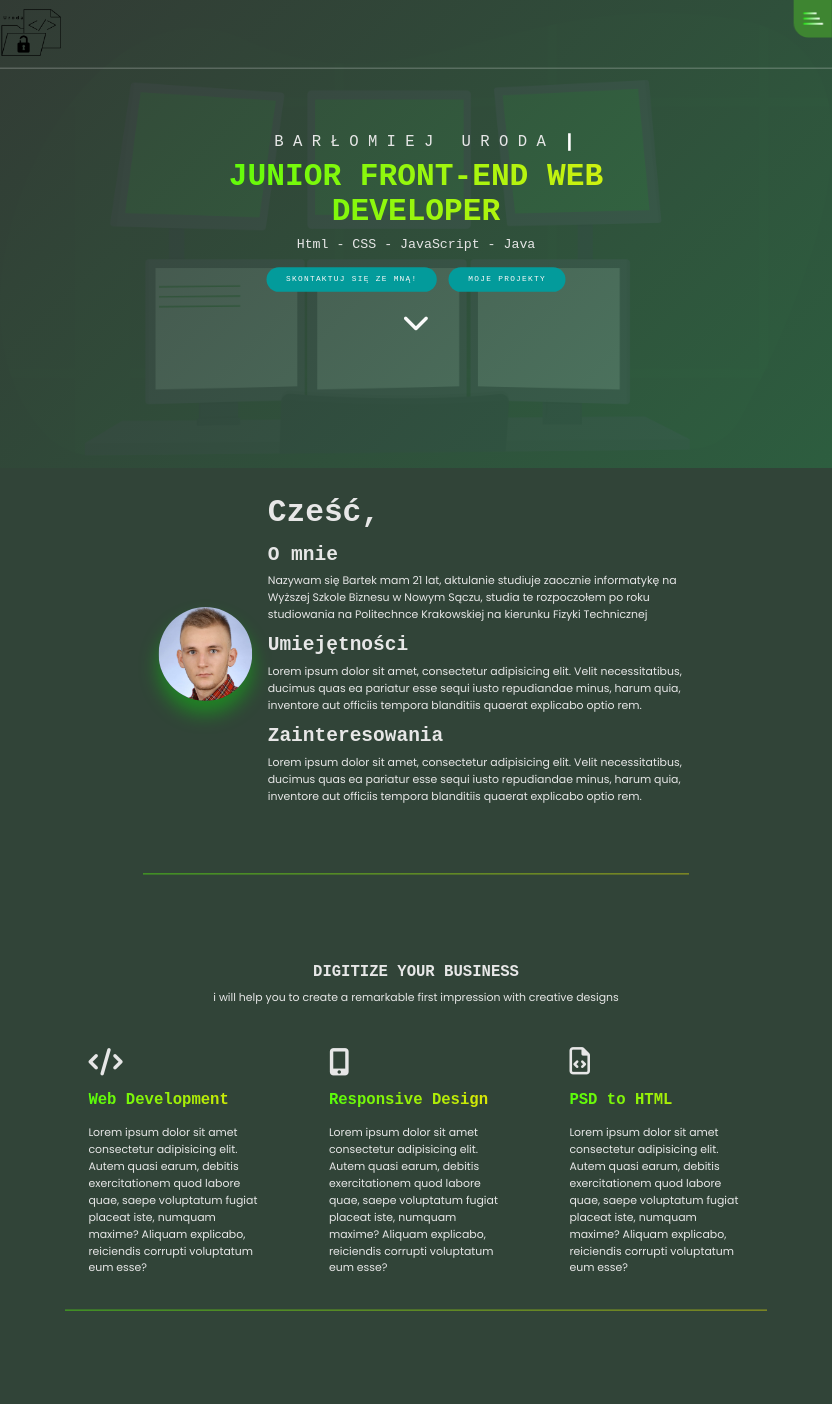
Repository: BartekUroda/portfolio
Page: index.html
The author's editor kept a copy of each file at every save. The page is drawn from the files as they stood at one save, then again after the next save.
The browser window is 1280 px wide. The pictures show the whole page, at 65% of full size.
Some web fonts or font styles are not loaded; a fallback is used. Some web libraries are served in a nearby version.

Above is the page before, as saved 2020-10-27 20:48:53.

### index.html
<!DOCTYPE html>
<html lang="en">
<head>
    <meta charset="UTF-8">
    <meta name="viewport" content="width=device-width, initial-scale=1.0">
    <title>Portfolio | Bartek Uroda</title>
    <link rel="stylesheet" type="text/css" href="css/style.css">
    <link href="https://fonts.googleapis.com/css2?family=Poppins&sfamily=Share+Tech+Mono&display=swap" rel="stylesheet">
    <script src="https://kit.fontawesome.com/056e5c10dc.js" crossorigin="anonymous"></script>
    <link rel="shortcut icon" type="image/x-icon" href="images/favicon.ico" />
</head>
<body>
    <header>
        <div class="container">
            <nav>
                <div class="nav-brand">
                    <a href="index.html">
                        <img src="images/logo.png" alt="Uroda">
                    </a>
                </div>
                <div class="burger-menu-icon">
                    <div class="line1"></div>
                    <div class="line2"></div>
                    <div class="line3"></div>
                </div>
                <ul class="nav-list">
                    <li class="nav-item">
                      <a href="#landing-page">
                        <img
                          src="images/profile.jpeg"
                          alt="Bartek Uroda"
                          class="profile-pic nav-link"
                        >
                        <span class="caption nav-link">Bartek Uroda</span>
                      </a>
                    </li>
                    <li class="nav-item">
                      <a href="#about" class="nav-link">O mnie</a>
                    </li>
                    <li class="nav-item">
                      <a href="#services" class="nav-link">Usługi</a>
                    </li>
                    <li class="nav-item">
                      <a href="#projects" class="nav-link">Projekty</a>
                    </li>
                    <li class="nav-item">
                      <a href="#contact" class="nav-link">Kontakt</a>
                    </li>
                    <li class="nav-item">
                      <a href="https://www.facebook.com/bartlomiej.uroda.3" target="_blank" class="nav-link">
                        <i class="fab fa-facebook"></i>
                      </a>
                      <a href="https://github.com/Urodii" target="_blank" class="nav-link">
                        <i class="fab fa-github"></i>
                      </a>
                      <a href="https://www.youtube.com/channel/UCzT1h5RNvmbtrmKT5hPjyAg?view_as=subscriber" target="_blank" class="nav-link">
                        <i class="fab fa-youtube"></i>
                      </a>
                    </li>
                  </ul>
            </nav>
        </div>
    </header>
    <main>
      <section id="landing-page" class="landing-page">
        <div class="container">
          <div class="main-message">
            <h2>Barłomiej Uroda</h2>
            <h3>Junior Front-End Web Developer</h3>
            <p>Html - CSS - JavaScript - Java</p>
            <div class="intro-btn">
              <div class="cta">
                <a href="#contact" class="btn">Skontaktuj się ze mną!</a>
              </div>
              <div class="cta">
                <a href="#projects" class="btn">Moje Projekty</a>
              </div>
            </div>
            <div>
              <a href="#about" class="scroll-down">
                <i class="fa fa-chevron-down" aria-hidden="true"></i>
              </a>
            </div>
          </div>
        </div>
      </section>
      <section id="about" class="about">
        <div class="container">
          <div class="about-img">
            <img
              src="images/profile.jpeg"
              alt="Bartek Uroda"
              class="about-pic"
            />
          </div>
          <div class="about-text-box">
            <h2>Cześć,</h2>
            <h3>O mnie</h3>
            <p>
              Nazywam się Bartek mam 21 lat, aktulanie studiuje zaocznie informatykę
              na Wyższej Szkole Biznesu w Nowym Sączu, studia te rozpoczołem po roku studiowania
              na Politechnce Krakowskiej na kierunku Fizyki Technicznej
            </p>
            <h3>Umiejętności</h3>
            <p>
              Lorem ipsum dolor sit amet, consectetur adipisicing elit. Velit
              necessitatibus, ducimus quas ea pariatur esse sequi iusto
              repudiandae minus, harum quia, inventore aut officiis tempora
              blanditiis quaerat explicabo optio rem.
            </p>
            <h3>Zainteresowania</h3>
            <p>
              Lorem ipsum dolor sit amet, consectetur adipisicing elit. Velit
              necessitatibus, ducimus quas ea pariatur esse sequi iusto
              repudiandae minus, harum quia, inventore aut officiis tempora
              blanditiis quaerat explicabo optio rem.
            </p>
          </div>
        </div>
        <hr/>
      </section>
      <section id="services" class="services">
        <div class="container">
          <div class="title-heading">
            <h2>DIGITIZE YOUR BUSINESS</h2>
            <p>
              i will help you to create a remarkable first impression with
              creative designs
            </p>
          </div>
          <div class="service-tiers">
            <div class="tier-item">
              <i class="fa fa-code" aria-hidden="true"></i>
              <h2>Web Development</h2>
              <p>
                Lorem ipsum dolor sit amet consectetur adipisicing elit. Autem
                quasi earum, debitis exercitationem quod labore quae, saepe
                voluptatum fugiat placeat iste, numquam maxime? Aliquam
                explicabo, reiciendis corrupti voluptatum eum esse?
              </p>
            </div>
            <div class="tier-item">
              <i class="fa fa-mobile" aria-hidden="true"></i>
              <h2>Responsive Design</h2>
              <p>
                Lorem ipsum dolor sit amet consectetur adipisicing elit. Autem
                quasi earum, debitis exercitationem quod labore quae, saepe
                voluptatum fugiat placeat iste, numquam maxime? Aliquam
                explicabo, reiciendis corrupti voluptatum eum esse?
              </p>
            </div>
            <div class="tier-item">
              <i class="fa fa-file-code-o" aria-hidden="true"></i>
              <h2>PSD to HTML</h2>
              <p>
                Lorem ipsum dolor sit amet consectetur adipisicing elit. Autem
                quasi earum, debitis exercitationem quod labore quae, saepe
                voluptatum fugiat placeat iste, numquam maxime? Aliquam
                explicabo, reiciendis corrupti voluptatum eum esse?
              </p>
            </div>
          </div>
        </div>
        <hr />
      </section>
    </main>
 <script type="text/javascript" src="js/main.js"></script>
</body>
</html>

### css/style.css
/* ----------GLOBAL STYLES---------- */
*,
*::before,
*::after {
  margin: 0;
  padding: 0;
  box-sizing: inherit;
}
html {
    font-family: "Share Tech Mono", monospace;
    font-size: 12px;
    box-sizing: border-box;
    scroll-behavior: smooth;
    color: #e7e7e7;
    background: rgb(49, 68, 56);
}

a {
    text-decoration: none;
    color: rgb(3, 155, 23);
}

a:hover {
    color: rgba(249, 105, 14, 1);
}

ul {
    list-style: none;
}

p {
    font-size: 1.4rem;
}

img {
    width: 100%;
    max-width: 100%;
    height: auto;
}
/* ----------HEADER---------- */
header {
    width: 100%;
    height: 5rem;
    position: absolute;
    top: 0;
    left: 0;
    z-index: 1;
}
.contenier {
    width: 100%;
    max-width: 90rem;
    margin: 0 auto;
    padding: 0 1.5rem;
}
.nav-brand {
    width: 8rem;
}
nav {
    width: 100%;
    display: flex;
    align-items: center;
    justify-content: space-between;
    padding: 1rem 0;
    border-bottom: 2px solid rgba(255, 255, 255, .2);
}
.line1 {
    width: 20px;
    height: 3px;
    margin: 5px 0;
    background: linear-gradient(
      135deg,
      rgb(27, 218, 10) 0%,
      rgb(255, 255, 255) 100%
    );
}
.line2 {
    width: 25px;
    height: 3px;
    background: linear-gradient(
      135deg,
      rgb(27, 218, 10) 0%,
      rgb(255, 255, 255) 100%
    );
}
.line3 {
    width: 30px;
    height: 3px;
    margin: 5px 0;
    background: linear-gradient(
      135deg,
      rgb(27, 218, 10) 0%,
      rgb(255, 255, 255) 100%
    );
}
.burger-menu-icon {
    cursor: pointer;
    z-index: 999;
    position: fixed;
    right: 0;
    top: 0;
    background-color: rgba(67, 145, 47, 0.815);
    padding: 1.2rem;
    border-radius: 0% 0% 0% 40%;
}
.profile-pic {
    height: 9rem;
    width: auto;
    border-radius: 50%;
    display: block;
    margin: 1.5rem 0;
}
.caption {
    display: block;
}
.nav-list {
    width: 24rem;
    height: 100vh;
    background-color:  rgb(69, 85, 75);
    position: fixed;
    top: 0;
    right: -26rem;
    display: flex;
    flex-direction: column;
    align-items: center;
    justify-self: start;
    z-index: 998;
    transition: all 650ms ease-in-out;
}
.nav-list.active {
    right: 0;
}
.nav-item {
    margin: 1.2rem 0;
}
.nav-link {
    opacity: 0;
    font-size: 1.3rem;
    text-transform: uppercase;
    color: #cecece;
    letter-spacing: 1.5px;
}
.nav-link:hover {
    color: rgb(62, 248, 15);
}
.toggle {
    background: none;
}
.toggle .line1 {
    transform: rotate(-45deg) translate(-5px, 6px) scalex(2);
}
.toggle .line2 {
    opacity: 0;
}
.toggle .line3 {
    width: 20px;
    transform: rotate(45deg) translate(-5px, -6px) scalex(2);
    margin-left: 0px;
}
@keyframes navLinkAnimate {
    from{
        opacity: 0;
        transform: translate(50px);
    }
    to{
        opacity: 1;
        transform: translate(0px);
    }
}
/* ----------MAIN---------- */
.landing-page{
    width: 100%;
    height: 100vh;
    background: linear-gradient(
        135deg,
        rgba(50, 58, 52, 0.9) 0%,
        rgba(44, 100, 65, 0.8) 100%
    ),
    url('../images/mainpage.png') center no-repeat;
    background-size: contain;
    position: relative;
}
.main-message {
    width: 100%;
    max-width: 58rem;
    text-transform: uppercase;
    position: absolute;
    left: 50%;
    top: 50%;
    transform: translate(-50%, -50%);
    text-align: center;
}
.main-message h2 {
    letter-spacing: 1.2rem;
    font-size: 2rem;
    font-weight: 400;
    overflow: hidden;
    white-space: nowrap;
    animation: typing 5s steps(33), blink 1s ease-in-out 7s infinite;
    width: 33ch;
    margin: auto;
    border-right: 4px solid rgba(255, 255, 255, 1);
}
@keyframes typing {
    75% {
      width: 0ch;
      color: rgb(178, 249, 14);
    }
    100% {
      width: 33ch;
    }
}
@keyframes blink {
    0% {
      border-right: 4px solid rgba(255, 255, 255, 0);
    }
    100% {
      border-right: 4px solid rgb(194, 194, 194);
    }
}
.main-message h3 {
    font-size: 4rem;
    margin: 1rem 0;
    color: rgba(249, 105, 14, 1);
    background: linear-gradient(
      to right,
      rgb(87, 253, 9) 0%,
      rgb(217, 240, 17) 100%
    );
    -webkit-background-clip: text;
    -webkit-text-fill-color: transparent;
}
.main-message p {
    text-transform: none;
    font-size: 1.7rem;
    font-weight: 400;
}
.intro-btn {
    display: flex;
    justify-content: center;
}
.btn {
    margin: 0 9px;
    background: rgba(3, 155, 155);
    border-radius: 2rem;
    color: #fafafa;
    padding: 1rem 2.5rem;
    display: inline-block;
    margin-top: 2rem;
    transition: background-color 650ms;
    font-weight: 500;
    letter-spacing: 2px;
}
.btn:hover {
    color: #fafafa;
    background-color: rgb(176, 189, 0);
}
.scroll-down i {
    color: #fafafa;
    transition: color 650ms;
    margin-top: 2rem;
    font-size: 3.5rem;
}
.scroll-down i:hover {
    color: rgb(176, 189, 0);
}
/* ----------ABOUT--------- */
.about {
    width: 100%;
    min-height: 100vh;
    max-width: 70rem;
    margin: auto;
}
.about .container {
    display: flex;
    align-items: center;
    min-height: 80vh;
  }
.about-img img {
    height: 12rem;
    width: auto;
    border-radius: 50%;
    margin: 2rem;
    box-shadow: 0 20px 30px 0 rgba(4, 236, 4, 0.397);
  }
.about-text-box {
    flex-grow: 1;
    flex-shrink: 1;
    flex-basis: 0;
}
.about-text-box h2 {
    font-size: 4rem;
    margin-bottom: 20px;
}
.about-text-box h3 {
    font-size: 2.5rem;
    margin-bottom: 10px;
}
.about-text-box p {
    font-family: "Poppins", sans-serif;
    font-size: 1.4rem;
    padding: 0;
    margin-bottom: 1.45rem;
}
hr {
    margin: 4rem 0;
    background: linear-gradient(
      to right,
      rgb(87, 253, 9) 0%,
      rgb(231, 228, 6) 100%
    );
    border: 0;
    height: 1px;
}
/* ----------SERVICE--------- */
.services {
    padding: 3rem 0;
    min-height: 100vh;
    max-width: 90rem;
    margin: auto;
}
.title-heading {
    text-align: center;
    margin-bottom: 5rem;
}
.title-heading h2 {
    font-size: 2rem;
    margin: 0.5rem 0 1rem 0;
}
.title-heading p {
    font-family: "Poppins", sans-serif;
    margin-bottom: 5rem;
}
.service-tiers {
    display: grid;
    grid-template-columns: repeat(auto-fit, minmax(25rem, 1fr));
    gap: 2.5rem;
}
.tier-item {
    height: 30rem;
    padding: 3rem;
    position: relative;
    display: flex;
    flex-direction: column;
    justify-content: center;
    cursor: default;
}
.tier-item i {
    font-size: 3.5rem;
}
.tier-item h2 {
    font-size: 2rem;
    margin: 2rem 0;
    background: linear-gradient(
      to right,
      rgb(87, 253, 9) 0%,
      rgb(231, 228, 6) 100%
    );
    -webkit-background-clip: text;
    -webkit-text-fill-color: transparent;
}
.tier-item p {
    font-family: "Poppins", sans-serif;
    font-size: 1.4rem;
}

### js/main.js
//eselect elements
const selectElement = (s) => document.querySelector(s);
const navLinks = document.querySelectorAll(".nav-link");

selectElement(".burger-menu-icon").addEventListener("click", () => {
    selectElement(".nav-list").classList.toggle("active");
    selectElement(".burger-menu-icon").classList.toggle("toggle")

    navLinks.forEach((link, index) => {
        if (link.style.animation){
            link.style.animation = ""
        }else{
            link.style.animation = `navLinkAnimate 0.5s ease forwards ${ index/7 + 0.5}s`
            console.log(index/7 + 0.5)
        }
    })
});

After the next save:
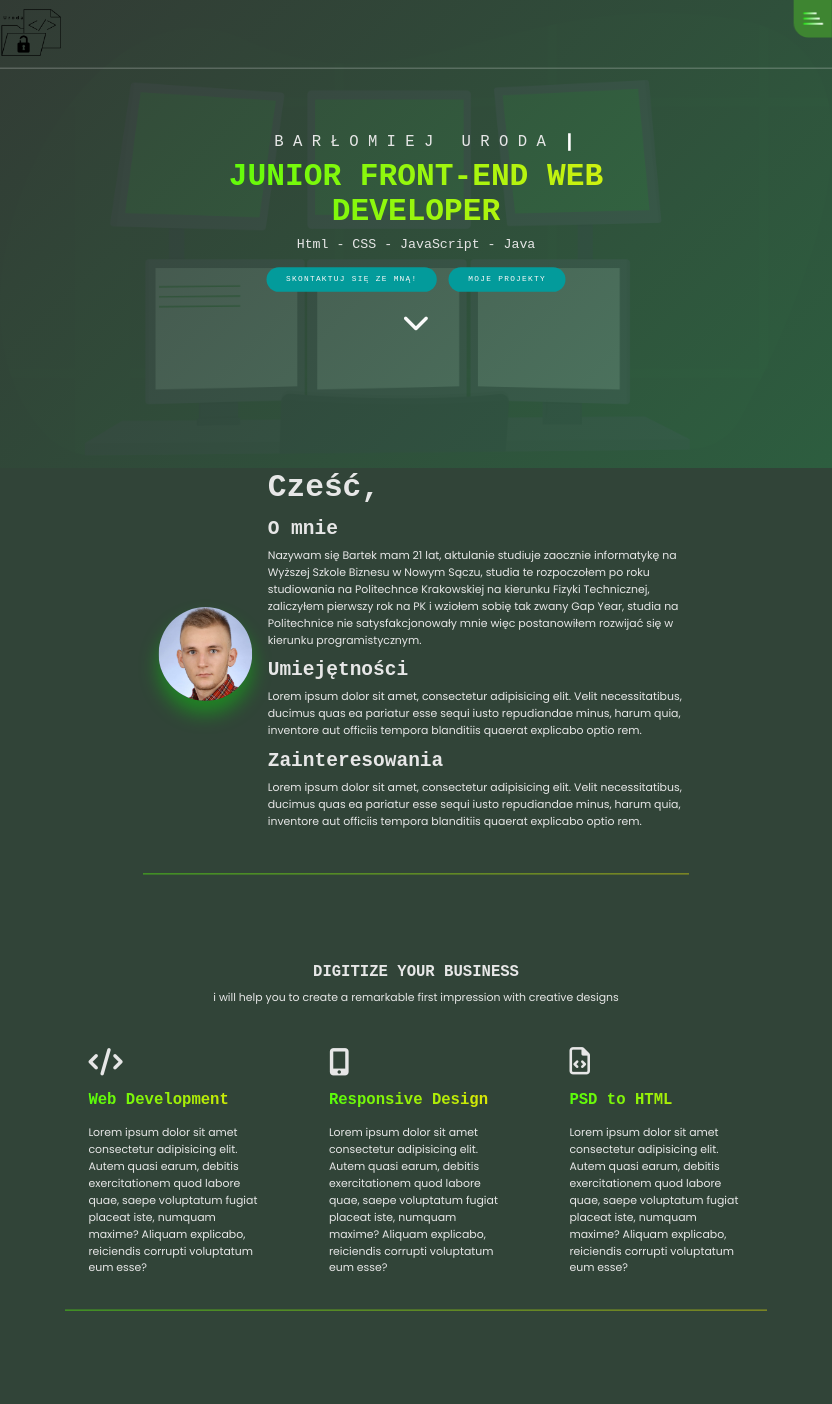
Saved 115 s later.
--- a/index.html
+++ b/index.html
@@ -99,7 +99,9 @@
             <p>
               Nazywam się Bartek mam 21 lat, aktulanie studiuje zaocznie informatykę
               na Wyższej Szkole Biznesu w Nowym Sączu, studia te rozpoczołem po roku studiowania
-              na Politechnce Krakowskiej na kierunku Fizyki Technicznej
+              na Politechnce Krakowskiej na kierunku Fizyki Technicznej, zaliczyłem pierwszy rok na PK
+              i wziołem sobię tak zwany Gap Year, studia na Politechnice nie satysfakcjonowały
+              mnie więc postanowiłem rozwijać się w kierunku programistycznym.
             </p>
             <h3>Umiejętności</h3>
             <p>
